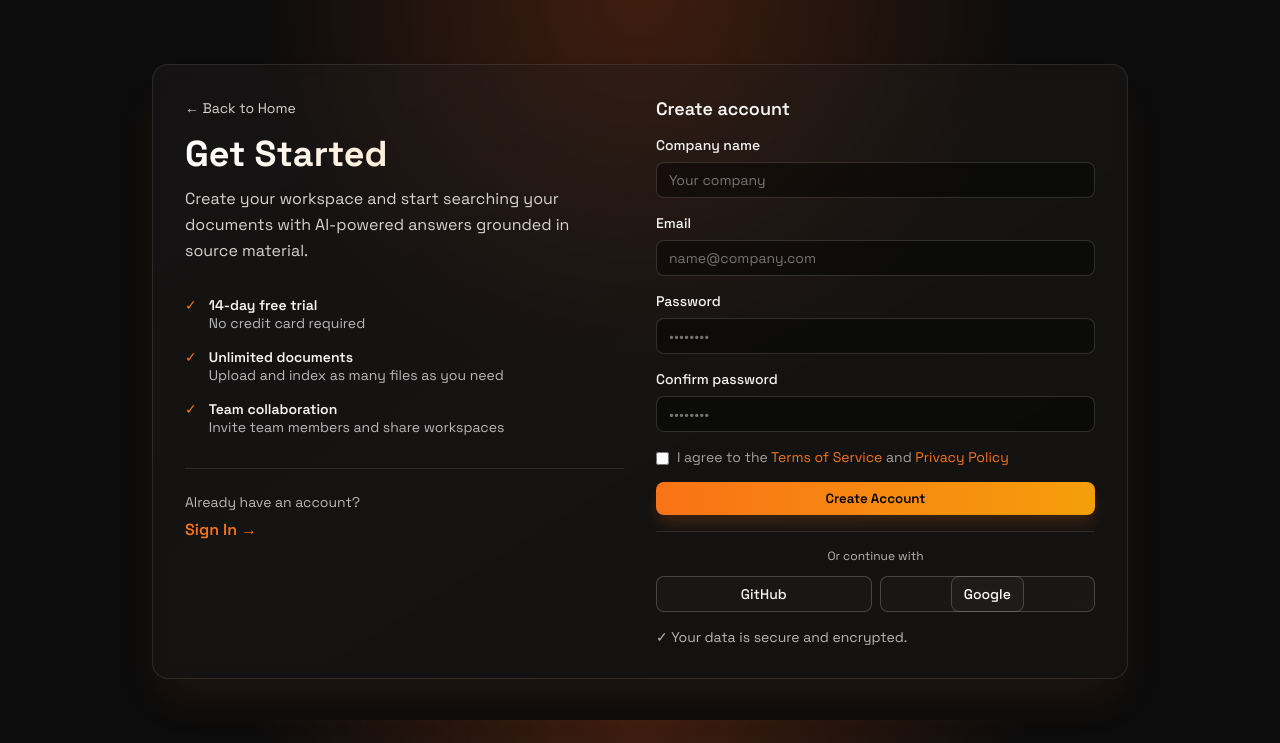
Repository: 4hmedshanu/RAG_Project_collage
Page: http://localhost/signup
The author's editor kept a copy of each file at every save. The page is drawn from the files as they stood at one save, then again after the next save.
The browser window is 1280 px wide. The pictures show the whole page.
Backgrounds fixed to the window are drawn as part of the page. The page is this project's Thymeleaf template; nobody is signed in. The template is opened directly, without the code that normally fills it, so the values that code supplies are empty.

Above is the page before, as saved 2026-06-02 05:02:14.

### frontenddoc/src/main/resources/templates/signup.html
<!DOCTYPE html>
<html lang="en">
<head>
  <meta charset="UTF-8" />
  <meta name="viewport" content="width=device-width, initial-scale=1.0" />
  <title>DocuMindAI | Sign Up</title>
  <link rel="preconnect" href="https://fonts.googleapis.com">
  <link rel="preconnect" href="https://fonts.gstatic.com" crossorigin>
  <link href="https://fonts.googleapis.com/css2?family=Space+Grotesk:wght@400;500;600;700&display=swap" rel="stylesheet">
  <link rel="stylesheet" href="css/signup.css" />
  <script src="js/signup.js" defer></script>
</head>
<body>
  <main class="main-container">
    <section class="signup-card">
      <div class="signup-info">
        <a href="/" class="link-back">← Back to Home</a>
        <h1 class="gradient-heading">Get Started</h1>
        <p class="description">Create your workspace and start searching your documents with AI-powered answers grounded in source material.</p>

        <div class="features-list">
          <div class="feature-item">
            <span class="check-icon">✓</span>
            <div>
              <p class="feature-title">14-day free trial</p>
              <p class="feature-desc">No credit card required</p>
            </div>
          </div>
          <div class="feature-item">
            <span class="check-icon">✓</span>
            <div>
              <p class="feature-title">Unlimited documents</p>
              <p class="feature-desc">Upload and index as many files as you need</p>
            </div>
          </div>
          <div class="feature-item">
            <span class="check-icon">✓</span>
            <div>
              <p class="feature-title">Team collaboration</p>
              <p class="feature-desc">Invite team members and share workspaces</p>
            </div>
          </div>
        </div>

        <div class="login-prompt">
          <p class="login-text">Already have an account?</p>
          <a href="/loginpage" class="link-brand">Sign In →</a>
        </div>
      </div>


     <form action="/submiting" method="get" >
        <h2 class="form-title">Create account</h2>

        <label for="company" class="form-label mt-4">Company name</label>
        <input name="name"  id="company" type="text" class="form-input" placeholder="Your company"  />

        <label for="email" class="form-label">Email</label>
        <input name="email" id="email" type="email" class="form-input"  placeholder="name@company.com" />

        <label for="password" class="form-label">Password</label>
        <input name="password" id="password" type="password" class="form-input"  placeholder="••••••••" />

        <label for="confirm" class="form-label">Confirm password</label>
        <input id="confirm" type="password" class="form-input" name="" placeholder="••••••••" />

        <div class="terms-group">
          <input id="terms" type="checkbox" class="checkbox-input" />
          <label for="terms" class="terms-label">
            I agree to the <a href="/policies" class="link-inline">Terms of Service</a> and <a href="/policies" class="link-inline">Privacy Policy</a>
          </label>
        </div>

        <button type="submit" class="btn-primary">Create Account</button>

        <div class="sso-section">
          <p class="sso-text">Or continue with</p>
          <div class="sso-buttons">
            <button type="button" class="btn-sso">GitHub</button>
            <button type="button" class="btn-sso" >  <a href="/oauth2/authorization/google"
   class="btn-sso"
   style="text-decoration:none; color:white;">
   Google
</a></button>
          </div>
        </div>

        <p id="note" class="note-text">✓ Your data is secure and encrypted.</p>
      </form>
    </section>
  </main>
</body>
</html>

### frontenddoc/src/main/resources/static/css/signup.css
:root {
  --brand: #f97316;
  --brand-light: #fb923c;
  --bg-dark: #0c0c0c;
  --stone-100: #f5f5f4;
  --stone-300: #d6d3d1;
  --stone-400: #a8a29e;
  --white-10: rgba(255, 255, 255, 0.1);
  --white-15: rgba(255, 255, 255, 0.15);
  --white-20: rgba(255, 255, 255, 0.2);
  --white-70: rgba(255, 255, 255, 0.7);
}

* {
  box-sizing: border-box;
  margin: 0;
  padding: 0;
}

html, body {
  height: 100%;
}

body {
  font-family: 'Space Grotesk', sans-serif;
  color: var(--stone-100);
  background: radial-gradient(circle at top, #3f1d0f, transparent 40%), var(--bg-dark);
  background-attachment: fixed;
}

.main-container {
  margin: 0 auto;
  display: flex;
  min-height: 100%;
  max-width: 64rem; /* 1024px */
  align-items: center;
  padding: 4rem 1.5rem;
}

.signup-card {
  width: 100%;
  display: grid;
  gap: 2rem;
  border-radius: 1rem;
  border: 1px solid var(--white-10);
  background: linear-gradient(to bottom right, rgba(41, 37, 36, 0.3), rgba(28, 25, 23, 0.5));
  padding: 2rem;
  box-shadow: 0 25px 50px -12px rgba(249, 115, 22, 0.1);
  backdrop-filter: blur(8px);
}

@media (min-width: 768px) {
  .signup-card {
    grid-template-columns: repeat(2, 1fr);
  }
}

.link-back {
  font-size: 0.875rem;
  color: var(--stone-300);
  text-decoration: none;
  transition: color 0.2s;
}

.link-back:hover {
  color: var(--brand);
}

.gradient-heading {
  margin-top: 1rem;
  font-size: 2.25rem;
  line-height: 2.5rem;
  font-weight: 700;
  background: linear-gradient(to right, #ffffff, #fed7aa);
  -webkit-background-clip: text;
  -webkit-text-fill-color: transparent;
}

.description {
  margin-top: 0.75rem;
  line-height: 1.625;
  color: var(--stone-300);
}

.features-list {
  margin-top: 2rem;
  display: flex;
  flex-direction: column;
  gap: 1rem;
  font-size: 0.875rem;
}

.feature-item {
  display: flex;
  align-items: flex-start;
  gap: 0.75rem;
}

.check-icon {
  color: var(--brand);
}

.feature-title {
  font-weight: 600;
}

.feature-desc {
  color: var(--white-70);
}

.login-prompt {
  margin-top: 2rem;
  border-top: 1px solid var(--white-10);
  padding-top: 1.5rem;
}

.login-text {
  font-size: 0.875rem;
  color: var(--white-70);
}

.link-brand {
  margin-top: 0.5rem;
  display: inline-block;
  font-weight: 600;
  color: var(--brand);
  text-decoration: none;
  transition: color 0.2s;
}

.link-brand:hover {
  color: var(--brand-light);
}

.signup-form {
  border-radius: 0.75rem;
  border: 1px solid var(--white-10);
  background: rgba(41, 37, 36, 0.3);
  padding: 1.5rem;
}

.form-title {
  font-size: 1.125rem;
  font-weight: 600;
}

.form-label {
  display: block;
  font-size: 0.875rem;
  font-weight: 500;
  margin-bottom: 0.5rem;
}

.mt-4 { margin-top: 1rem; }
.mb-4 { margin-bottom: 1rem; }

.form-input {
  width: 100%;
  border-radius: 0.5rem;
  border: 1px solid var(--white-15);
  background: rgba(0, 0, 0, 0.4);
  padding: 0.5rem 0.75rem;
  font-size: 0.875rem;
  color: inherit;
  outline: none;
  margin-bottom: 1rem;
  transition: border-color 0.2s, box-shadow 0.2s;
  font-family: inherit;
}

.form-input:focus {
  border-color: var(--brand);
  box-shadow: 0 10px 15px -3px rgba(249, 115, 22, 0.1);
}

.terms-group {
  display: flex;
  align-items: flex-start;
  gap: 0.5rem;
  margin-bottom: 1rem;
}

.checkbox-input {
  margin-top: 0.25rem;
  border-radius: 0.25rem;
  border: 1px solid var(--white-15);
}

.terms-label {
  font-size: 0.875rem;
  color: var(--stone-400);
}

.link-inline {
  color: var(--brand);
  text-decoration: none;
  transition: color 0.2s;
}

.link-inline:hover {
  color: var(--brand-light);
}

.btn-primary {
  width: 100%;
  border-radius: 0.5rem;
  background: linear-gradient(to right, var(--brand), #f59e0b);
  padding: 0.5rem 1rem;
  font-weight: 600;
  color: #000;
  border: none;
  cursor: pointer;
  box-shadow: 0 10px 15px -3px rgba(249, 115, 22, 0.2);
  transition: box-shadow 0.2s;
  font-family: inherit;
}

.btn-primary:hover {
  box-shadow: 0 20px 25px -5px rgba(249, 115, 22, 0.3);
}

.sso-section {
  margin-top: 1rem;
  border-top: 1px solid var(--white-10);
  padding-top: 1rem;
  text-align: center;
}

.sso-text {
  font-size: 0.75rem;
  color: var(--white-70);
}

.sso-buttons {
  margin-top: 0.75rem;
  display: grid;
  grid-template-columns: repeat(2, 1fr);
  gap: 0.5rem;
}

.btn-sso {
  border-radius: 0.5rem;
  border: 1px solid var(--white-20);
  background: rgba(41, 37, 36, 0.3);
  padding: 0.5rem 0.75rem;
  font-size: 0.875rem;
  font-weight: 500;
  color: inherit;
  cursor: pointer;
  transition: border-color 0.2s, background-color 0.2s;
  font-family: inherit;
}

.btn-sso:hover {
  border-color: var(--brand);
  background: rgba(249, 115, 22, 0.05);
}


.hidden{
    display:none;
}

.step-content.active{
    display:block;
}

.step-content{
    display:none;
}

.steps{
    display:flex;
    justify-content:center;
    gap:15px;
    margin-bottom:20px;
}

.step-indicator{
    width:35px;
    height:35px;
    border-radius:50%;
    background:#333;
    display:flex;
    align-items:center;
    justify-content:center;
}

.step-indicator.active{
    background:var(--brand);
    color:#000;
}

.note-text {
  margin-top: 1rem;
  font-size: 0.875rem;
  color: var(--white-70);
}


.otp-inputs{
    display:flex;
    justify-content:center;
    gap:10px;
    margin:20px 0;
}

.otp-box{
    width:55px;
    height:55px;
    text-align:center;
    font-size:24px;
    border-radius:10px;
    border:1px solid var(--white-20);
    background:rgba(0,0,0,.4);
    color:white;
}

.otp-buttons{
    display:flex;
    gap:10px;
}

/* JavaScript Dynamic Classes */
.text-error { color: #f87171; }
.text-success { color: #34d399; }

### frontenddoc/src/main/resources/static/js/signup.js
function signupDemo(event) {
  event.preventDefault();

  const company = document.getElementById('company').value.trim();
  const email = document.getElementById('email').value.trim();
  const password = document.getElementById('password').value.trim();
  const confirm = document.getElementById('confirm').value.trim();
  const note = document.getElementById('note');

  // Reset classes to base state
  note.className = 'note-text';

  if (!company || !email || !password || !confirm) {
    note.textContent = 'Please fill in all fields.';
    note.classList.add('text-error');
    return;
  }

  if (password !== confirm) {
    note.textContent = 'Passwords do not match.';
    note.classList.add('text-error');
    return;
  }

  if (password.length < 8) {
    note.textContent = 'Password must be at least 8 characters.';
    note.classList.add('text-error');
    return;
  }

  note.textContent = 'Account created! Redirecting to dashboard...';
  note.classList.add('text-success');

  setTimeout(() => {
    window.location.href = 'dashboard.html';
  }, 800);
}

After the next save:
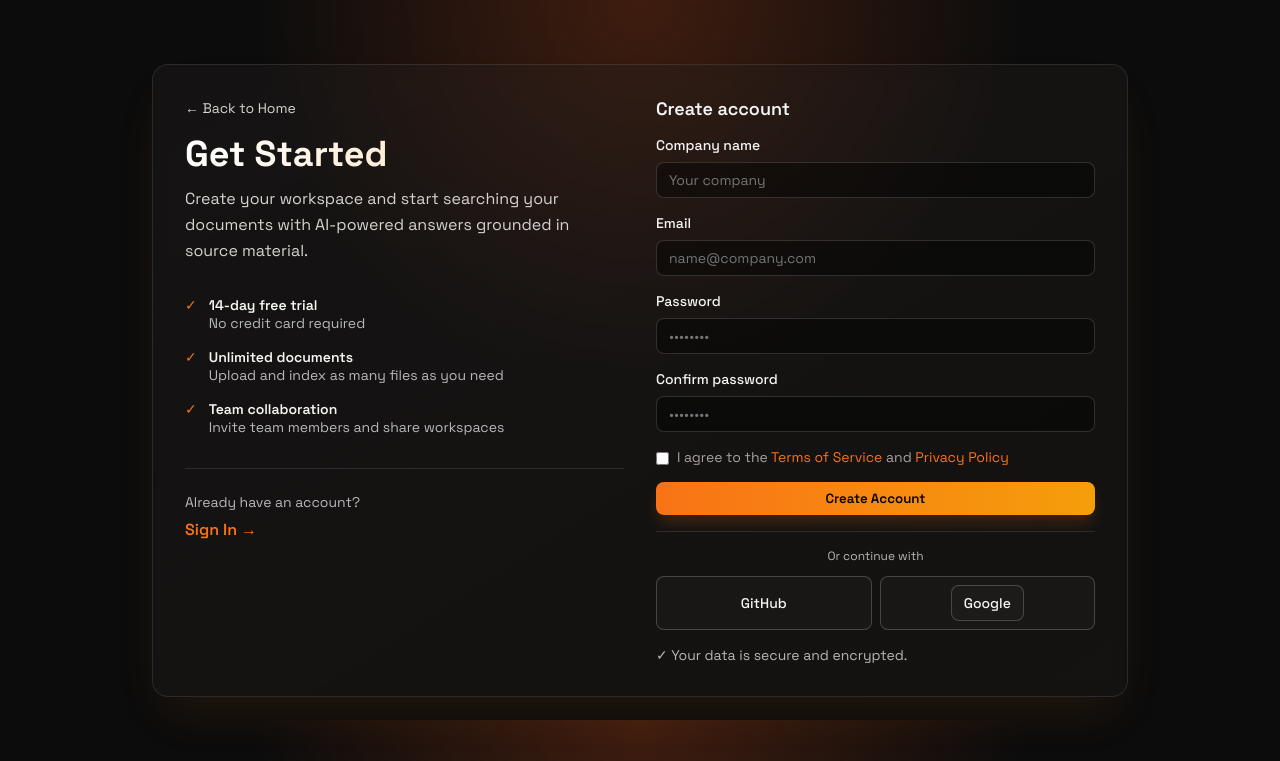
Saved 61 s later.
--- a/frontenddoc/src/main/resources/templates/signup.html
+++ b/frontenddoc/src/main/resources/templates/signup.html
@@ -77,11 +77,7 @@
           <p class="sso-text">Or continue with</p>
           <div class="sso-buttons">
             <button type="button" class="btn-sso">GitHub</button>
-            <button type="button" class="btn-sso" >  <a href="/oauth2/authorization/google"
-   class="btn-sso"
-   style="text-decoration:none; color:white;">
-   Google
-</a></button>
+            <a href="/oauth2/authorization/google" class="btn-sso"><button type="button" class="btn-sso" >   Google</button></a>
           </div>
         </div>
 
